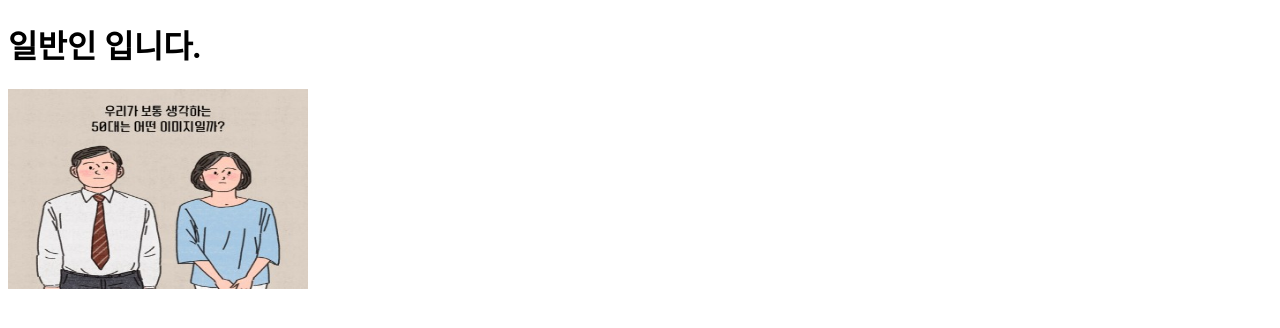
Repository: lee-ruru/jsp_practice
Page: http://localhost/JSPBasic/JspObject/4.objecttest/bus_adult.jsp
An editor plug-in stored every save of this project. The page is shown before and after the next save, followed by the edit.
The browser window is 1280 px wide. The pictures show the whole page.
The page is served by Tomcat 9.

Above is the page before, as saved 2022-02-07 06:14:46.

After the next save:
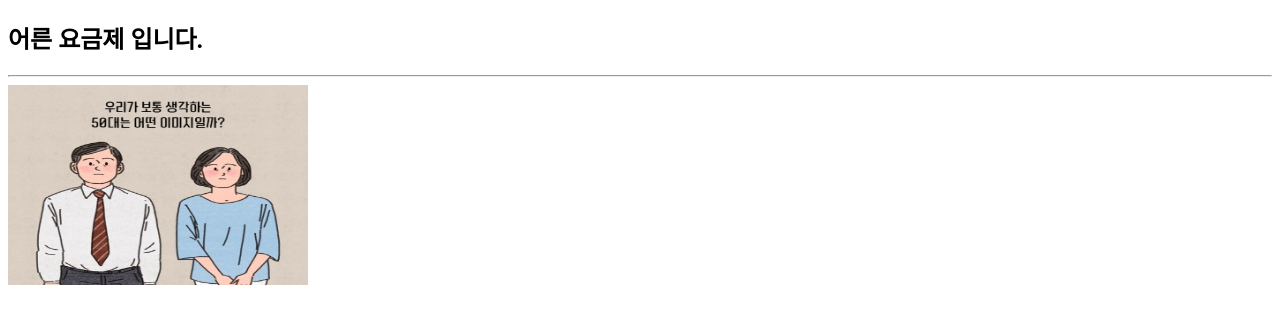
Saved 2 min 32 s later.
--- a/JSPBasic/src/main/webapp/JspObject/4.objecttest/bus_adult.jsp
+++ b/JSPBasic/src/main/webapp/JspObject/4.objecttest/bus_adult.jsp
@@ -7,7 +7,9 @@
 <title>Insert title here</title>
 </head>
 <body>
-	<h1>일반인 입니다.</h1>
-	<img src="repository/adult.jpg" width="300px" height="200px">
+	<h2>어른 요금제 입니다.</h2>
+	<hr/>
+	<a href="bus_form.jsp"></a>
+	<img src="./repository/adult.jpg" width="300px" height="200px">
 </body>
 </html>
